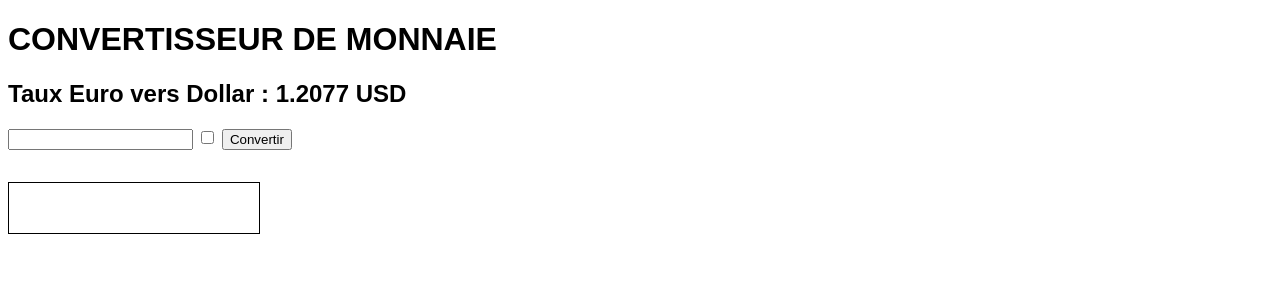
Repository: techmindconsulting/wordshiop-js
Page: index.html
These files come from the project's save history. The page is drawn as it stood at one moment and after a run of saves; the edit follows.
The browser window is 1280 px wide. The pictures show the whole page.

Above is the page before, as saved 2021-01-17 13:14:12.

After the next 2 saves:
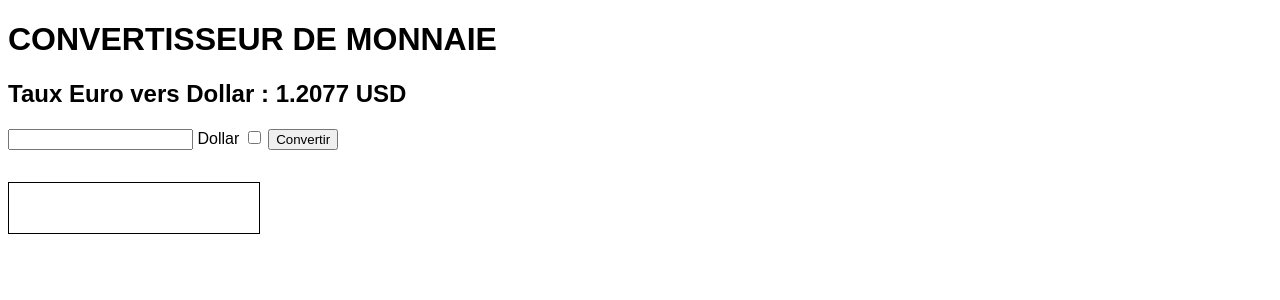
The 2 saves are shown as one change because they came seconds apart.
The last was saved 9 s later.
--- a/index.html
+++ b/index.html
@@ -21,7 +21,7 @@
     <h1>CONVERTISSEUR DE MONNAIE</h1>
     <h2>Taux Euro vers Dollar : 1.2077 USD</h2>
     <input type="text" id="amount" >
-    <label></label>
+    <label for="dollar">Dollar</label>
     <input type="checkbox" id="dollar">
     <input type="button" value="Convertir" onClick=convertir()>
     <p id="resultat"></p>
